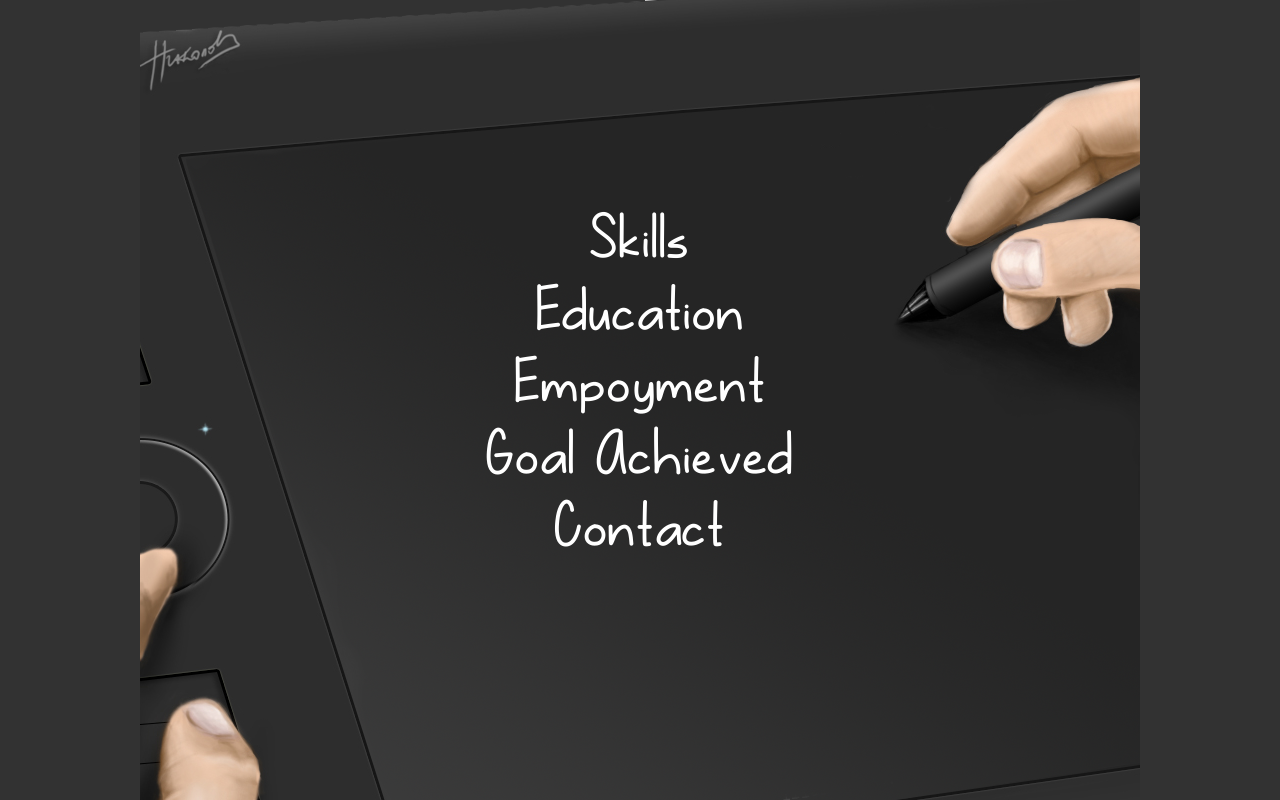
Repository: nikichanko/cv
Page: index.html
An editor plug-in stored every save of this project. The page is shown before and after the next save, followed by the edit.
The browser window is 1280 px wide. The pictures show the whole page.

Above is the page before, as saved 2018-08-10 00:21:01.

### index.html
<!DOCTYPE html>
<html>
  <head>
    <link rel="stylesheet" type="text/css" href="css/styles.css">
    <meta name="viewport" content="width=device-width, initial-scale=1">
    <link rel="stylesheet" type="text/css" href="css/scroll.css">
    <script src="https://ajax.googleapis.com/ajax/libs/jquery/3.3.1/jquery.min.js"></script>
    <script src="js/scroll.js"></script>
    <title>Nikolay Nikolov - CV</title>
  </head>
  <body>
    <div class="wrapper">
      <div class="menu">
        <div class="item">
          <span>Skills</span>
        </div>
        <div class="content">
          <i class="close"></i>
          <div class="ul-wrapper" id="scroll-3">
            <ul>
              <li>Program Languages:</li>
              <ol>ECMAScript 6, JAVA, Swift 4, Objective C</ol>
              <ol>HTML, JS, CSS (LESS and SASS), PHP</ol>
              <li>Frameworks and Libraries:</li>
              <ol>React Native, JQuery, Ajax, Smarty Template Engine</ol>
              <li>Program and Web Tools:</li>
              <ol>Android Studio, Xcode 9, Note (npm)</ol>
              <ol>Apple Connect and Google Console, Appsflyer, Fabric, Firebase, Faslane</ol>
              <ol>Photoshop, Illustrator, Sketch</ol>
              <li>Strong Knowledge in:</li>
              <ol>GitFlow, RESTful API, Responsive and Mobile Design, UX nad UI Design</ol>
              <li>Best Practices in:</li>
              <ol>OOP, Test Driven Development, Cross platform development</ol>
              <li>Other Abilities:</li>
              <ol>Digital Drawing of web application arts with graphic tablet</ol>
            </ul>
           </div>
        </div>
        <div class="item">
          <span>Education</span>
        </div>
        <div class="content">
            <i class="close"></i>
            <ul>
              <li>M. Sc. in Computer Science</li>
              <ol>From 2011 - 2013</ol>
              <ol>Technical University Gabrovo</ol>
              <ol>Subject: Computer System and Technologies</ol>
            </ul>
        </div>
        <div class="item">
          <span>Empoyment</span>
        </div>
        <div class="content">
            <i class="close"></i>
            <div class="ul-wrapper" id="scroll-2">
              <ul>
                <li>from 12. 2016 to present</li>
                <ol>Employer: Mansion Technology and Operations Centre</ol>
                <ol>Professional Title: front-end developer</ol>
                <ol>from 11. 2017 working as mobile developer in agile environment</ol>
                <li>from 05. 2014 to 12. 2016</li>
                <ol>Employer: Support Service LTD for Image-Line Belgium</ol>
                <ol>Professional Title: fullstack web developer with more front-end responsibilities</ol>
              </ul>
            </div>
        </div>
        <div class="item">
          <span>Goal Achieved</span>
        </div>
        <div class="content">
          <i class="close"></i>
          <div class="ul-wrapper" id="scroll-1">
            <ul>
              <li>As mobile developer:</li>
              <ol>Applications in stores:</ol>

                <img src="img/casino.png" title="CasinoSlots" class="app-icon" style="margin-left: 10px;" />
                <img src="img/ccbj.png" title="Casino BlackJack" class="app-icon" />
                <img src="img/sh.png" title="Slostheaven" class="app-icon" />
                <img src="img/mc.png" title="MansionCasino" class="app-icon" />

              <ol>Quick switching from web to mobile development</ol>
              <ol>Key person with leading role in mobile team</ol>
              <ol>Be main part of critical moments when quick reaction and self-organization is very important</ol>
              <ol>The person that implemented React Native framework in real mobile apps</ol>
              <ol>Publishing and then dealing with rejection of apps in both stores</ol>
              <ol>Implementations: Redux, Geo location services, Biometic authetification with
                RESTful API login, React Native navigation, Unit, Integration and Snapshot Tests with Jest, executed in CI system (Bamboo),
                Cross-platform and multi-device layouts, Exposing many custom code from Native to React Native (NativeModules and NativeEventEmitter)</ol>
              <li>As front-end developer:</li>
              <ol>Responsive and mobile designs with no compromises in details</ol>
              <ol>Developed many end-to-end web applications like: Image Sliders with lazyloading, javascript Video and Audio Players with full mobile support</ol>
              <ol>RESTful API integrations</ol>
              <ol>Unit testing with Jasmine</ol>
            </ul>
          </div>
        </div>
        <div class="item">
          <span>Contact</span>
        </div>
        <div class="content">
            <i class="close"></i>
              <ul>
                <ol>Address: Sofia, Bulgaria</ol>
                <ol>Phone: +359/896 527 353</ol>
                <script type="text/javascript" src="https://form.jotformeu.com/jsform/82187298762370"></script>
              </ul>
        </div>
      </div>
    </div>
    <script src="js/common.js"></script>
  </body>
</html>

### css/styles.css
@font-face {
  font-family: 'Just Gotta Smile';
  src: url('./fonts/JustGottaSmile.woff2') format('woff2'),
      url('./fonts/JustGottaSmile.woff') format('woff'),
      url('./fonts/JustGottaSmile.ttf') format('truetype');
  font-weight: 500;
  font-style: normal;
}

@font-face {
  font-family: 'Josefin Slab';
  src: url('./fonts/JosefinSlab.woff2') format('woff2'),
      url('./fonts/JosefinSlab.woff') format('woff'),
      url('./fonts/JosefinSlab.ttf') format('truetype');
  font-weight: normal;
  font-style: normal;
}
ul, li, ol, body {
  margin: 0;
  padding: 0;
}

body {
  background-color: #323232;
  width: 100%;
  font-family: 'Just Gotta Smile';
  color: #fff;
}

.wrapper {
  position: relative;
  width: 100%;
  max-width: 1000px;
  height: 800px;
  margin: 0 auto;
  background-image: url(../img/cv_bg.png);
  background-repeat: no-repeat;
  background-position: right top;
  background-size: cover;
}

.menu {
  line-height: 70px;
  margin: 0 auto;
  position: absolute;
  text-align: center;
  width: 100%;
  font-size: 64px;
  top: 200px;
}

.item {
  position: relative;
  left: 50%;
  opacity: 1;
  transform: translateX(-50%) ;
  -ms-transform: translateX(-50%) ; /* IE 9 */
  -webkit-transform: translateX(-50%); /* Safari 3-8 */
  transition: opacity 0.5s ease-in-out;
  -webkit-touch-callout: none; /* iOS Safari */
  -webkit-user-select: none; /* Safari */
   -khtml-user-select: none; /* Konqueror HTML */
     -moz-user-select: none; /* Firefox */
      -ms-user-select: none; /* Internet Explorer/Edge */
          user-select: none; /* Non-prefixed version, currently
                                supported by Chrome and Opera */
}
.item span {
  cursor: pointer;
  position: relative;
}

.item.closed {
  opacity: 0;
  height: 0;
  visibility: hidden;
}

.content {
  font-family: 'Josefin Slab';
  padding-top: 2px;
  max-width: 600px;
  text-align: left;
  top: 50px;
  width: 56%;
  margin: 0 auto;
  line-height: 40px;
  height: 0;
  opacity: 0;
  transition: opacity 0.5s ease-in-out;
  position: relative;
  visibility: hidden;
  overflow: hidden;
}

.ul-wrapper {
  height: 520px;
  position: relative;
  overflow: hidden;
}

.content.open {
  overflow: visible;
  height: auto;
  opacity: 1;
  transition: opacity 0.5s ease-in-out;
  visibility: visible;
}
.content {
  line-height: 30px;
}
.content ul {
  padding-top: 10px;
  padding-left: 20px;
}
.content li {
  font-weight: bold;
  font-size: 20px;
  padding:5px 0;
}
.content ol {
  font-size: 18px;
  margin-left: 15px;
  position: relative;
}
.content ol:before {
  content: "";
  background-image: url(../img/arrow.png);
  background-repeat: no-repeat;
  background-size: contain;
  width: 12px;
  height: 13px;
  position: absolute;
  left: -22px;
  top: 8px;
  opacity: 0.6;
}

.item:hover {
  color: #a4cbe6;
}

.close {
  position: absolute;
  top: -29px;
  left: -7px;
  width: 45px;
  height: 45px;
  opacity: 0.3;
}
.close:hover {
  opacity: 1;
}
.close:before, .close:after {
  position: absolute;
  left: 15px;
  content: ' ';
  height: 25px;
  width: 2px;
  background-color: #fff;
}
.close:before {
  transform: rotate(45deg);
}
.close:after {
  transform: rotate(-45deg);
}

.app-icon {
  width: 45px;
  margin-right: 10px;
}

@media only screen and (max-width: 1000px) {
  .content {
    width: 90%;
  }
  .item span {
    cursor: default;
  }
}

### css/scroll.css
/*
 * Container style
 */
 .ps {
  overflow: hidden !important;
  overflow-anchor: none;
  -ms-overflow-style: none;
  touch-action: auto;
  -ms-touch-action: auto;
}

/*
 * Scrollbar rail styles
 */
.ps__rail-x {
  display: none;
  opacity: 0;
  transition: background-color .2s linear, opacity .2s linear;
  -webkit-transition: background-color .2s linear, opacity .2s linear;
  height: 15px;
  /* there must be 'bottom' or 'top' for ps__rail-x */
  bottom: 0px;
  /* please don't change 'position' */
  position: absolute;
}

.ps__rail-y {
  display: none;
  opacity: 0;
  transition: background-color .2s linear, opacity .2s linear;
  -webkit-transition: background-color .2s linear, opacity .2s linear;
  width: 15px;
  /* there must be 'right' or 'left' for ps__rail-y */
  right: 0;
  /* please don't change 'position' */
  position: absolute;
}

.ps--active-x > .ps__rail-x,
.ps--active-y > .ps__rail-y {
  display: block;
  background-color: transparent;
}

.ps:hover > .ps__rail-x,
.ps:hover > .ps__rail-y,
.ps--focus > .ps__rail-x,
.ps--focus > .ps__rail-y,
.ps--scrolling-x > .ps__rail-x,
.ps--scrolling-y > .ps__rail-y {
  opacity: 0.6;
}

.ps .ps__rail-x:hover,
.ps .ps__rail-y:hover,
.ps .ps__rail-x:focus,
.ps .ps__rail-y:focus,
.ps .ps__rail-x.ps--clicking,
.ps .ps__rail-y.ps--clicking {
  background-color: #eee;
  opacity: 0.9;
}

/*
 * Scrollbar thumb styles
 */
.ps__thumb-x {
  background-color: #aaa;
  border-radius: 6px;
  transition: background-color .2s linear, height .2s ease-in-out;
  -webkit-transition: background-color .2s linear, height .2s ease-in-out;
  height: 6px;
  /* there must be 'bottom' for ps__thumb-x */
  bottom: 2px;
  /* please don't change 'position' */
  position: absolute;
}

.ps__thumb-y {
  background-color: #aaa;
  border-radius: 6px;
  transition: background-color .2s linear, width .2s ease-in-out;
  -webkit-transition: background-color .2s linear, width .2s ease-in-out;
  width: 6px;
  /* there must be 'right' for ps__thumb-y */
  right: 2px;
  /* please don't change 'position' */
  position: absolute;
}

.ps__rail-x:hover > .ps__thumb-x,
.ps__rail-x:focus > .ps__thumb-x,
.ps__rail-x.ps--clicking .ps__thumb-x {
  background-color: #999;
  height: 11px;
}

.ps__rail-y:hover > .ps__thumb-y,
.ps__rail-y:focus > .ps__thumb-y,
.ps__rail-y.ps--clicking .ps__thumb-y {
  background-color: #999;
  width: 11px;
}

/* MS supports */
@supports (-ms-overflow-style: none) {
  .ps {
    overflow: auto !important;
  }
}

@media screen and (-ms-high-contrast: active), (-ms-high-contrast: none) {
  .ps {
    overflow: auto !important;
  }
}

### js/common.js
var src1 = document.querySelector('#scroll-1');
var src2 = document.querySelector('#scroll-2');
var src3 = document.querySelector('#scroll-3');

var options = {
  maxScrollbarLength: 100,
};

var ps1 = new PerfectScrollbar(src1, options);
var ps2 = new PerfectScrollbar(src2, options);
var ps3 = new PerfectScrollbar(src3, options);

$(".item").on('click', function() {
  var _t = this;
  setTimeout(function(){
    $(_t).next('.content').addClass('open');
  },100);
  $('.item').each(function(i, v) {
    if (!$(_t).is(v)) {
      $(v).addClass('closed');
      $(v).next('.content').removeClass('open');
    }
    else {
      $(v).removeClass('closed');
    }
  });
});

$('.close').on('click', function(){
  $('.item').each(function(i, v) {
    setTimeout(function(){
      $(v).removeClass('closed');
    },100);
    $(v).next('.content').removeClass('open');
  });
});

Loaded but not shown: js/scroll.js (1324 lines, source omitted)

After the next save:
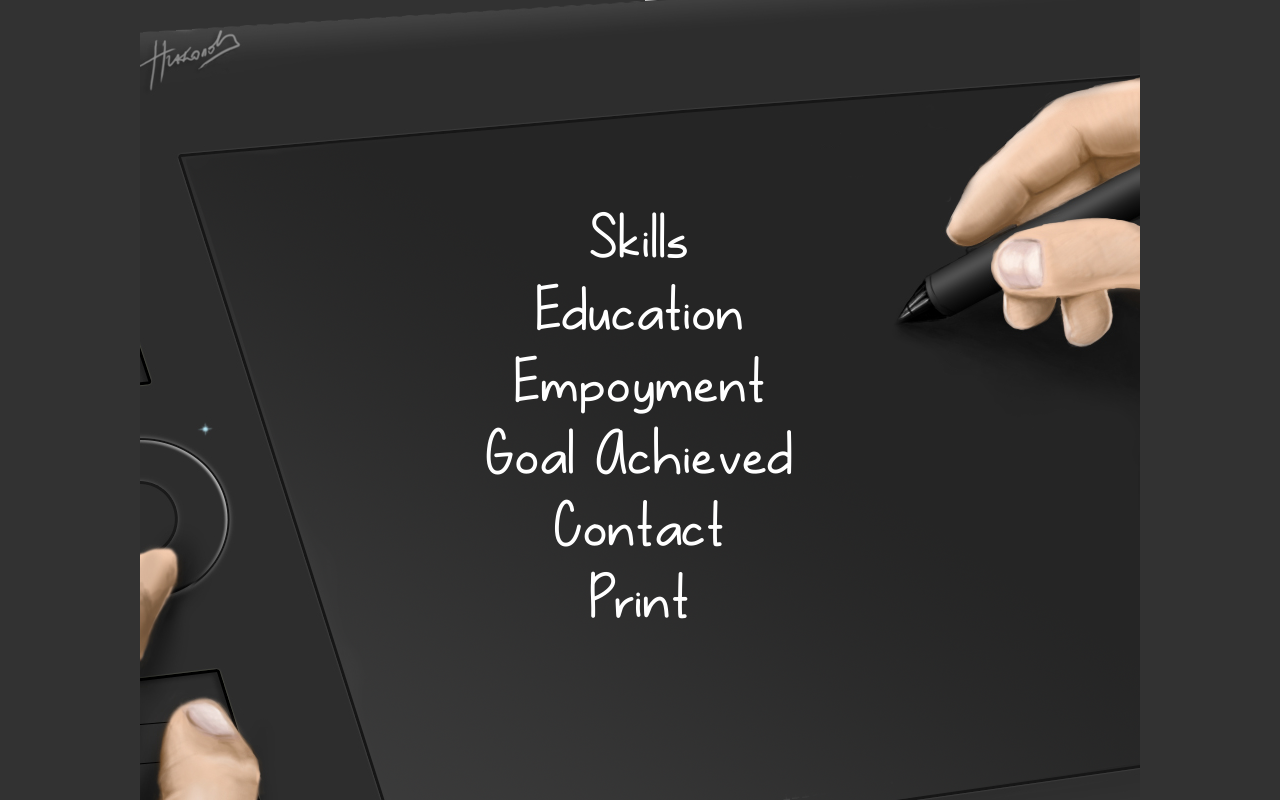
Saved 60 s later.
--- a/index.html
+++ b/index.html
@@ -107,6 +107,9 @@
                 <script type="text/javascript" src="https://form.jotformeu.com/jsform/82187298762370"></script>
               </ul>
         </div>
+        <div class="item">
+            <span>Print</span>
+          </div>
       </div>
     </div>
     <script src="js/common.js"></script>
